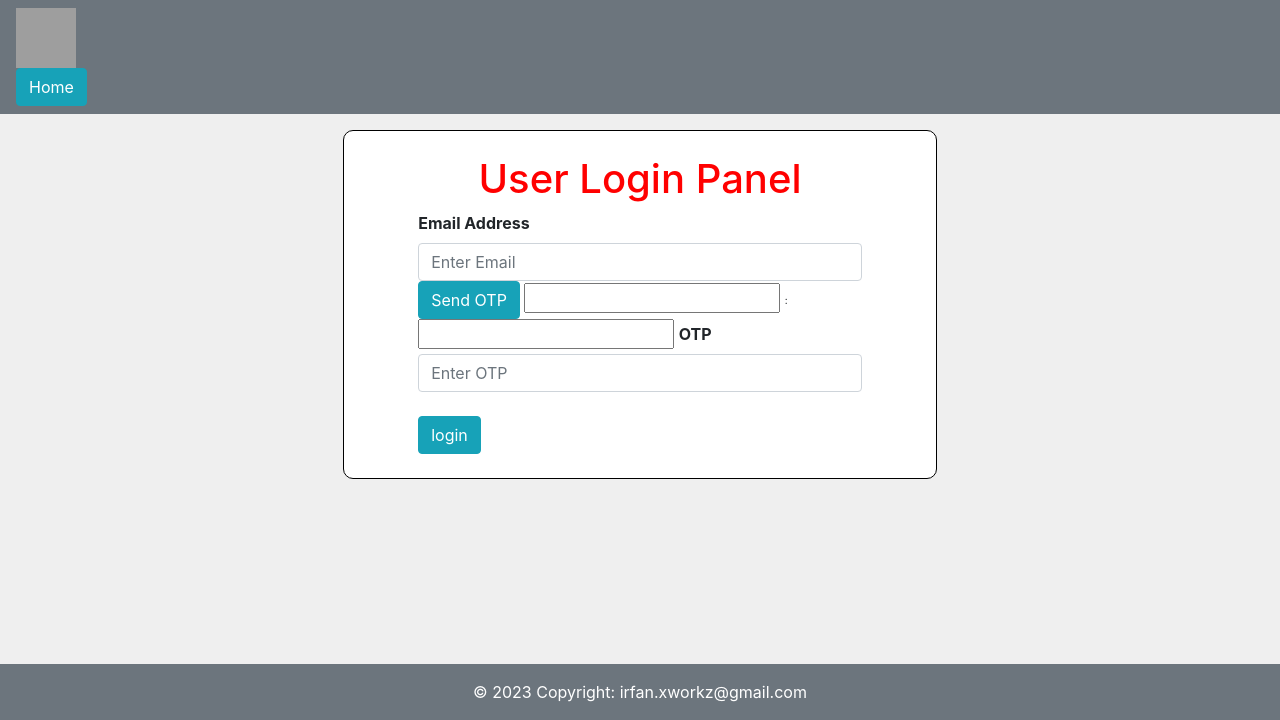
Repository: irfanxworkz/Project
Page: http://localhost/parking/UserLogin.jsp
The author's editor kept a copy of each file at every save. The page is drawn from the files as they stood at one save, then again after the next save.
The browser window is 1280 px wide. The pictures show the whole page.
Pictures or frames that could not be fetched are drawn as grey boxes. The page is served by Tomcat 9.

Above is the page before, as saved 2023-07-12 08:42:59.
Console error: SyntaxError: Unexpected identifier 'getseconds'

After the next save:
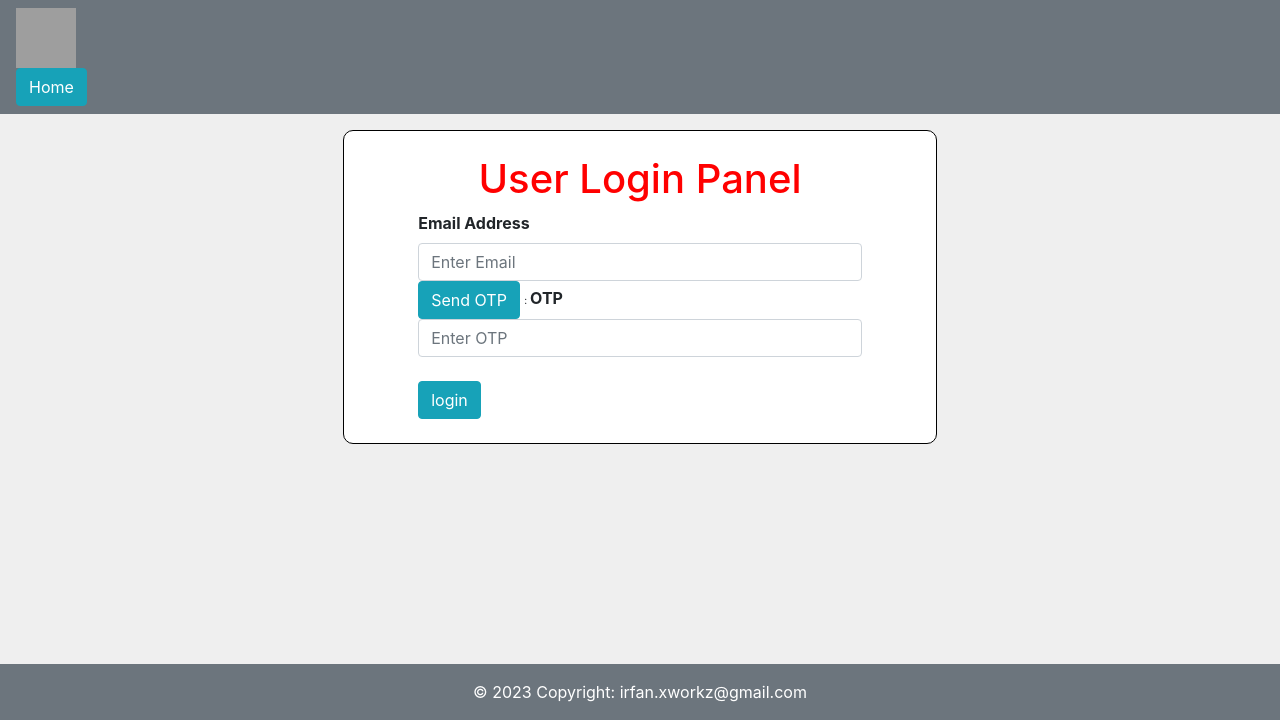
Saved 2 min 21 s later.
--- a/parking/src/main/webapp/UserLogin.jsp
+++ b/parking/src/main/webapp/UserLogin.jsp
@@ -70,11 +70,9 @@
 			<label for="email"><b>Email Address</b></label>
 			<!--  <span style="color: red;"> Time Left ::</span><br><br> -->
 			    <input type="email" name="email" class="form-control" placeholder="Enter Email" required="required"><input type="submit" value="Send OTP" onclick="countdown();" class="btn btn-info" >
-			    <input id="minutes" type="text">
-			    	<font size="1">
-			    	:
-			    	</font>
-			    	<input id="seconds", type="text">
+			    <span id="minutes"><font size="1"> : </font> </span> <span id="seconds"> </span>
+
+
 			<label for="otp"><b>OTP</b></label>
 			    <input type="text" name="otp" class="form-control" placeholder="Enter OTP"><br>
 			 	 <input type="submit" value="login"  class="btn btn-info"><br>
